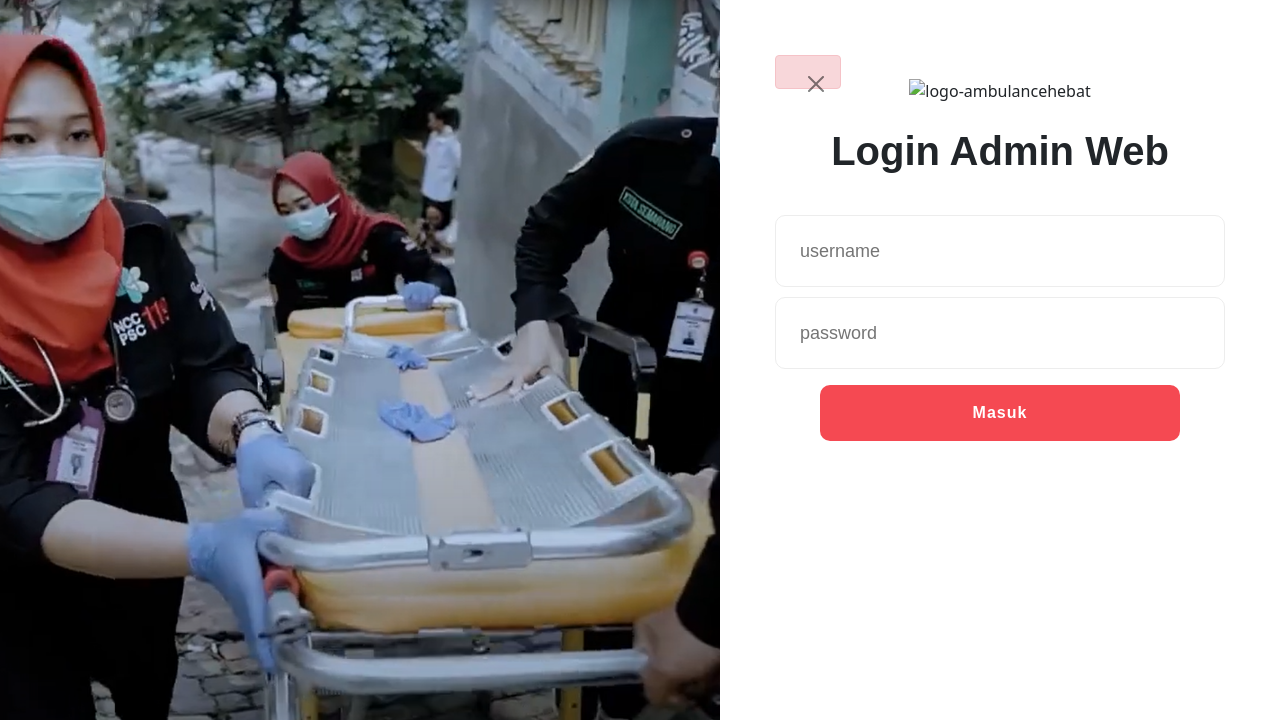
Repository: roningrum/admin-ambulance-hebat-web
Page: http://localhost/
An editor plug-in stored every save of this project. The page is shown before and after the next save, followed by the edit.
The browser window is 1280 px wide. The pictures show the whole page.
Some web fonts or font styles are not loaded; a fallback is used. The page is served by the project's Laravel application, run on PHP 8.4 with Laravel 9. Other server files are loaded and not shown.

Above is the page before, as saved 2022-07-04 11:33:28.

### routes/web.php
<?php

use Illuminate\Support\Facades\Route;
use App\Http\Controllers\Admin;
use App\Http\Controllers\DashboardPostController;
use SebastianBergmann\CodeCoverage\Report\Html\Dashboard;

/*
|--------------------------------------------------------------------------
| Web Routes
|--------------------------------------------------------------------------
|
| Here is where you can register web routes for your application. These
| routes are loaded by the RouteServiceProvider within a group which
| contains the "web" middleware group. Now create something great!
|
*/

Route::get('/dashboard', function(){
    return view('dashboard.dashboard',[
        "title" => "dashboard"
    ]);
})->middleware('auth');

Route::get('/input-foto', function(){
    return view('dashboard.upload-gallery',[
        "title" =>"input-foto"
    ]);
});
Route::get('/daftar-post', function(){
    return view('daftar-post',[
        "title" =>"daftar-post"
    ]);
});
Route::get('/daftar-feedback', function(){
    return view('dashboard.tanya-keluhan',[
        "title" =>"tanya-keluhan"
    ]);
});

Route::get('/dashboard/posts/checkSlug',[DashboardPostController::class, 'checkSlug'])->middleware('auth');
Route::resource('/dashboard/posts', DashboardPostController::class)->middleware('auth');
Route::get('/',[Admin\Auth\LoginController::class, 'loginForm']);
Route::post('/',[Admin\Auth\LoginController::class, 'authenticate'])->name('login');
Route::post('/logout',[Admin\Auth\LoginController::class, 'logout']);

### app/Http/Controllers/Admin/Auth/LoginController.php
<?php

namespace App\Http\Controllers\Admin\Auth;

use App\Http\Controllers\Controller;

use Illuminate\Http\Request;
use Illuminate\Support\Facades\Auth;

class LoginController extends Controller
{
    //
    public function loginForm(){
        return view('login');
    }

    public function authenticate(Request $request){
        $credentials= $request->validate([
            'username'=>'required',
            'password'=>'required'
        ]);

        // dd('berhasil login');

        if(Auth::attempt($credentials)){
            $request->session()->regenerate();
            return redirect()->intended('/dashboard');
        }
        return back()->with('loginError', 'Login Failed!');

    }

    public function username(){
        return 'username';
    }

    public function logout(Request $request){
        Auth::logout();
        $request->session()->invalidate();
        $request->session()->regenerateToken();
        return redirect('/');
    }
}

### resources/views/login.blade.php
<!doctype html>
<html lang="en">

<head>
    <!-- Required meta tags -->
    <meta charset="utf-8">
    <meta name="viewport" content="width=device-width, initial-scale=1">

    <!-- Bootstrap CSS -->
    <link href="https://cdn.jsdelivr.net/npm/bootstrap@5.0.2/dist/css/bootstrap.min.css" rel="stylesheet"
        integrity="sha384-EVSTQN3/azprG1Anm3QDgpJLIm9Nao0Yz1ztcQTwFspd3yD65VohhpuuCOmLASjC" crossorigin="anonymous">
    <link rel="stylesheet" href="css/style.css">

    <link rel="preconnect" href="https://fonts.googleapis.com">
    <link rel="preconnect" href="https://fonts.gstatic.com" crossorigin>
    <link href="https://fonts.googleapis.com/css2?family=Mulish&display=swap" rel="stylesheet">

    <title>Ambulance Hebat-Admin Web</title>
</head>

<body>
    <div class="container-login">
        <div class="wrap-login">
            <form action="/" method="post" class="login-form text-center">
                @if (session()->has('success'))
                <div class="container">
                    <div class="row" id="error-container">
                        <div class="alert alert-success alert-dismissible fade show" role="alert">
                            {{ session('success') }}
                            <button type="button" class="btn-close" data-bs-dismiss="alert" aria-label="close"></button>
                        </div>
                    </div>
                </div>
                @else
                <div class="container">
                    <div class="row" id="error-container">
                        <div class="alert alert-danger alert-dismissible fade show" role="alert">
                            {{ session('loginError') }}
                            <button type="button" class="btn-close" data-bs-dismiss="alert" aria-label="close"></button>
                        </div>
                    </div>
                </div>
                @endif
                <img class="mt-4 mb-4" src="assets/ahha_logo.png" alt="logo-ambulancehebat" height="150">
                <h1 class="login-form-title">Login Admin Web</h1>
                @csrf
                <div class="wrap-input">
                    <input type="text" name="username" id="username" class="input-form" placeholder="username" autofocus required value="{{ old('username') }}">
                </div>
                <div class="wrap-input">
                    <input type="password" name="password" id="password" class="input-form" placeholder="password" required>
                </div>
                <div class="container-login-btn-form mt-3">
                    <button class="login-btn-form" type="submit">
                        Masuk
                      </button>
                </div>
            </form>
            <div class="login-more" style="background-image: url('assets/bg-01.png');">

            </div>
        </div>
    </div>


    <!-- Optional JavaScript; choose one of the two! -->

    <!-- Option 1: Bootstrap Bundle with Popper -->
    <script src="https://cdn.jsdelivr.net/npm/bootstrap@5.0.2/dist/js/bootstrap.bundle.min.js"
        integrity="sha384-MrcW6ZMFYlzcLA8Nl+NtUVF0sA7MsXsP1UyJoMp4YLEuNSfAP+JcXn/tWtIaxVXM"
        crossorigin="anonymous"></script>

    <!-- Option 2: Separate Popper and Bootstrap JS -->
    <!--<script src="https://cdn.jsdelivr.net/npm/@popperjs/core@2.9.2/dist/umd/popper.min.js" integrity="sha384-IQsoLXl5PILFhosVNubq5LC7Qb9DXgDA9i+tQ8Zj3iwWAwPtgFTxbJ8NT4GN1R8p" crossorigin="anonymous"></script> -->
    <script src="https://cdn.jsdelivr.net/npm/bootstrap@5.0.2/dist/js/bootstrap.min.js" integrity="sha384-cVKIPhGWiC2Al4u+LWgxfKTRIcfu0JTxR+EQDz/bgldoEyl4H0zUF0QKbrJ0EcQF" crossorigin="anonymous"></script>

</body>

</html>

### public/css/style.css
@import url('https://fonts.googleapis.com/css2?family=Mulish:wght@200&display=swap');

*{
    margin: 0;
    padding: 0;
    box-sizing: border-box;
}

#error-container {
    /* margin-top:10px;
    position: fixed; */
    position:fixed;
    z-index:100;
    border-radius:0px
}

.container-login{
    width: 100%;
    min-height: 100vh;
    display: flex;
    flex-wrap: wrap;
    justify-content: center;
    align-items: center;
    background-color: rgb(247, 63, 63);
}

.wrap-login{
    width: 100%;
    background: #ffff;
    overflow: hidden;
    display: flex;
    flex-wrap: wrap;
    align-items: stretch;
    flex-direction: row-reverse;
}

.login-form{
    width: 560px;
    min-height: 100vh;
    display: block;
    background: #ffff;
    padding: 55px 55px;
}

.login-form-title{
    width: 100%;
    display: block;
    font-family: 'Mulish', sans-serif;
    font-weight: 700;
    font-size: 40px;
    line-height: 1.2;
    padding-bottom: 32px;
}
.wrap-input{
    display: flex;
    flex-wrap: wrap;
    align-items: flex-end;
    width: 100%;
    height: 72px;
    border: 1px solid #ededed;
    border-radius: 10px;
    padding: 0 24px;
    margin-bottom: 10px;
}

input{
    outline: none!important;
    border: none!important;
}

input.input-form{
    height: 100%;
    transition: all .4s;
}

.input-form{
    display: block;
    width: 100%;
    background: 0 0;
    font-family: 'Mulish', sans-serif;
    font-weight: 400;
    color: #555;
    line-height: 1.2;
    font-size: 18px;
}

.container-login-btn-form{
    width: 100%;
    display: flex;
    flex-wrap: wrap;
    justify-content: center;
}

button{
    outline: none!important;
    border: none;
}

.login-btn-form a{
    color: #ffff;
    text-decoration: none;
}

.login-btn-form{
    display: flex;
    justify-content: center;
    align-items: center;
    padding: 0 24px;
    width: 80%;
    height: 56px;
    background: #F54952;
    color: #ffff;
    font-family: 'Mulish', sans-serif;
    font-size: 16px;
    font-weight: 600;
    line-height: 1.2;
    border-radius: 10px;
    letter-spacing: 1px;
    transition: all .4s;
    text-decoration: none;
}

.login-more{
    width: calc(100% - 560px);
    background-repeat: no-repeat;
    background-size: cover;
    background-position: center;
    position: relative;
    z-index: 1;
}
.login-more::before{
    content: "";
    display: block;
    z-index: -1;
    width: 100%;
    height: 100%;
    top: 0;
    left: 0;
}

Loaded but not shown: app/Http/Controllers/Controller.php (common file)

After the next save:
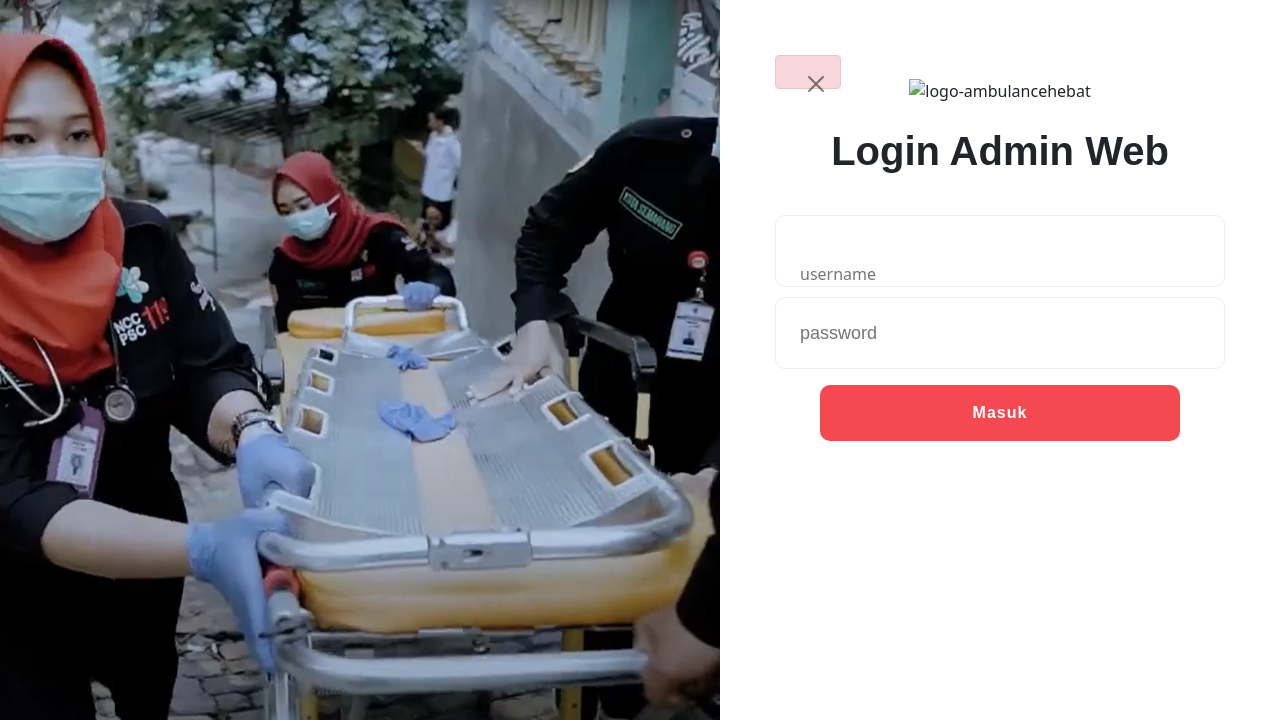
Saved 15 min 58 s later.
--- a/resources/views/login.blade.php
+++ b/resources/views/login.blade.php
@@ -45,7 +45,7 @@
                 <h1 class="login-form-title">Login Admin Web</h1>
                 @csrf
                 <div class="wrap-input">
-                    <input type="text" name="username" id="username" class="input-form" placeholder="username" autofocus required value="{{ old('username') }}">
+                    <input type="text" name="username" id="username" class="form-c" placeholder="username" autofocus required value="{{ old('username') }}">
                 </div>
                 <div class="wrap-input">
                     <input type="password" name="password" id="password" class="input-form" placeholder="password" required>
